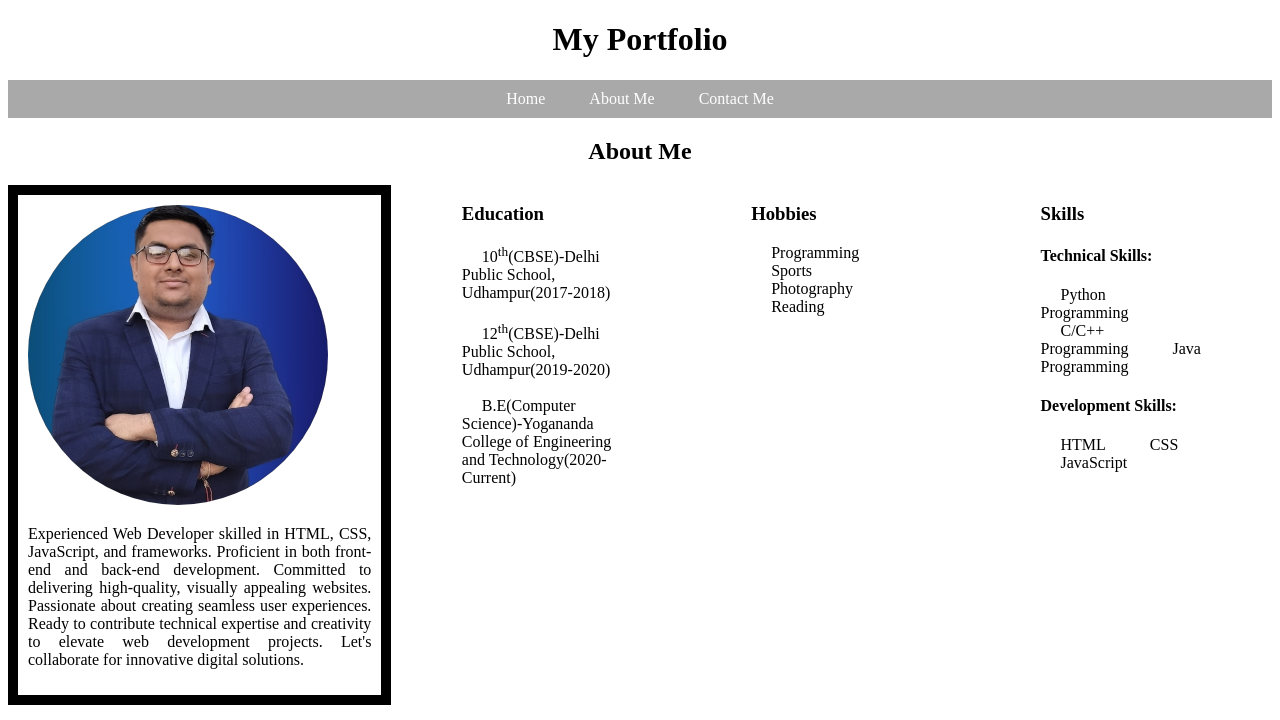
Repository: harshitanthal1/my_portfolio
Page: aboutme.html
These files come from the project's save history. The page is drawn as it stood at one moment and after the next save; the edit follows.
The browser window is 1280 px wide. The pictures show the whole page.

Above is the page before, as saved 2024-02-04 10:13:09.

### aboutme.html
<!DOCTYPE html>
<html lang="en">
<head>
    <meta charset="UTF-8">
    <meta name="viewport" content="width=device-width, initial-scale=1.0">
    <title>My Portfolio</title>
    <link rel="stylesheet" href="styles/styles.css" />
</head>
<body>
    <header><h1>My Portfolio</h1></header>
    <nav>
        <li><a href="index.html" target="_blank">Home</a></li>
        <li><a href="aboutme.html" target="_blank" >About Me</a></li>
        <li><a href="contactme.html" target="_blank" >Contact Me</a></li>
    </nav>
    <h2>About Me</h2>
    <main>
    <div id="profile">
        <img src="images/my_pic.jpg" width="300px" alt="Avatar" />
        <p>
            Experienced Web Developer skilled in HTML, CSS, JavaScript, and frameworks. Proficient in both front-end and back-end development. Committed to delivering high-quality, visually appealing websites. Passionate about creating seamless user experiences. Ready to contribute technical expertise and creativity to elevate web development projects. Let's collaborate for innovative digital solutions.
        </p>
        </div>
    <div id="info">
        <div class="sub-box">
            <h3>Education</h3>
            <li>10<sup>th</sup>(CBSE)-Delhi Public School, Udhampur(2017-2018)</li>
            <br/>
            <br/>
            <li>12<sup>th</sup>(CBSE)-Delhi Public School, Udhampur(2019-2020)</li>
            <br />
            <br/>
            <li>B.E(Computer Science)-Yogananda College of Engineering and Technology(2020-Current)</li>
        </div>
        <div class="sub-box">
            <h3>Hobbies</h3>
            <li>Programming</li>
            <li>Sports</li>
            <li>Photography</li>
            <li>Reading</li>
        </div>
        <div class="sub-box">
            <h3>Skills</h3>
            <h4>Technical Skills:</h4>
            <li>Python Programming</li>
            <li>C/C++ Programming</li>
            <li>Java Programming</li>
            <h4>Development Skills:</h4>
            <li>HTML</li>
            <li>CSS</li>
            <li>JavaScript</li>
        </div>
    </div>
    </main>
</body>
</html>

### styles/styles.css
header {
    text-align: center;
}

nav {
    background-color: darkgrey;
    color: white;
    padding: 10px;
    text-align: center;
}

li {
    display: inline;
    margin-right: 20px;
    margin-left: 20px;
}

a {
    text-decoration: none;
    color: white;
}

main {
    display: flex;
    flex-direction: row;
}

#profile {
    width: 29%;
    margin-right: 1%;;
    padding: 10px;
    width: 350px;
    border: 10px solid black;
}

#info {
    display: flex;
    width: 70%;
    justify-content: space-around;
}

.sub-box {
    width: 20%;
}

p {
    text-align: justify;
}

img {
    border-radius: 50%;
}

h2 {
    text-align: center;
}

After the next save:
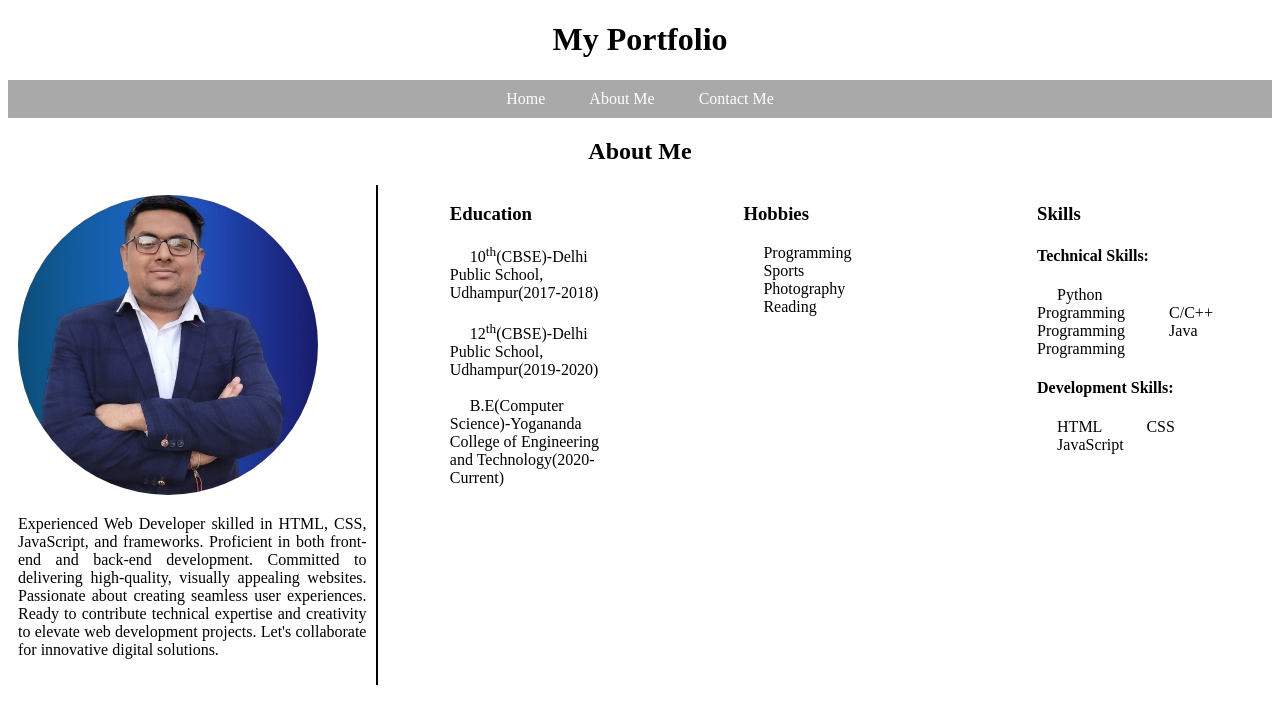
Saved 73 s later.
--- a/styles/styles.css
+++ b/styles/styles.css
@@ -30,7 +30,7 @@ main {
     margin-right: 1%;;
     padding: 10px;
     width: 350px;
-    border: 10px solid black;
+    border-right: 2px solid black;
 }
 
 #info {
